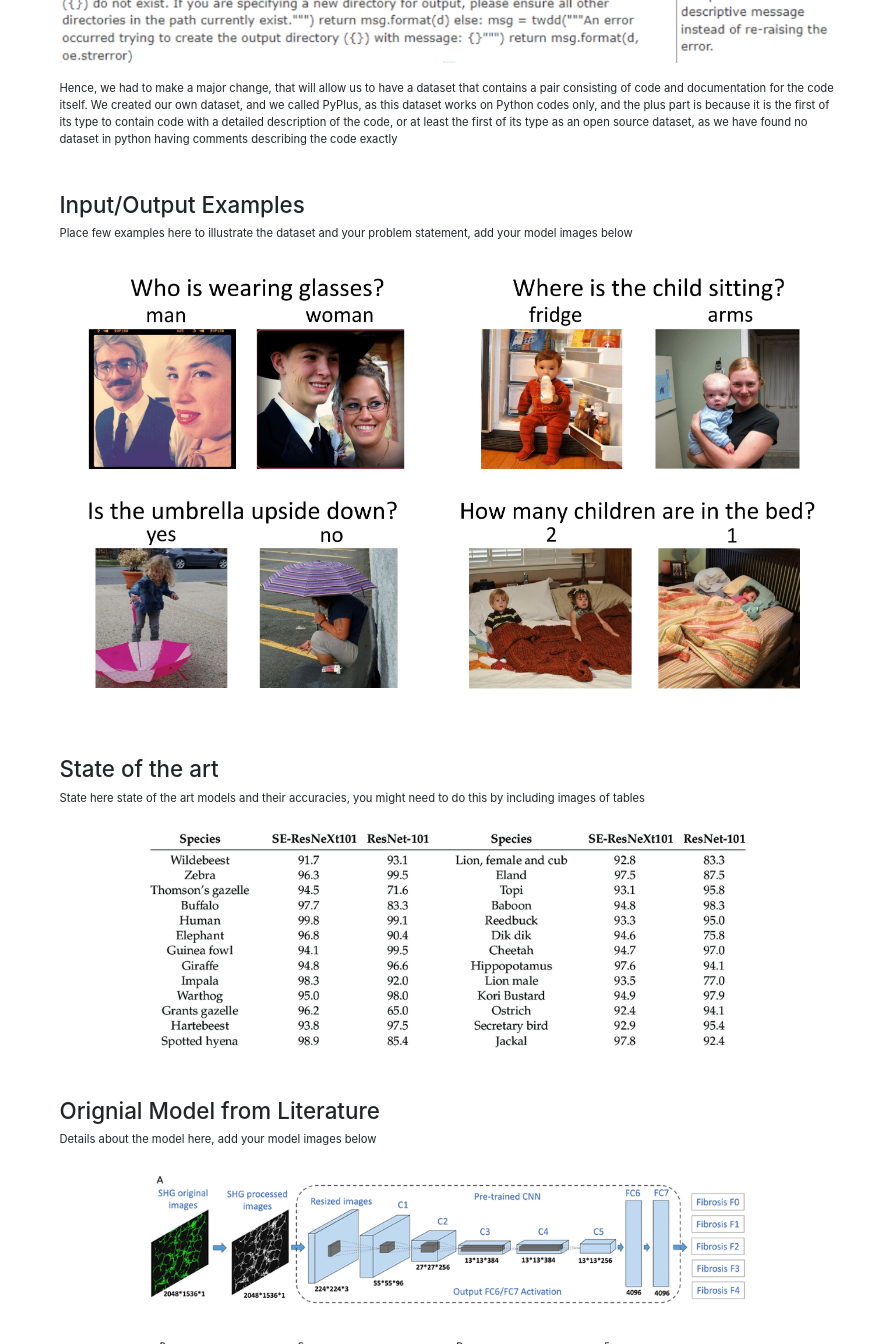
Repository: Shaalan-omar/ConcodePlus
Page: team-specific/index.html
An editor plug-in stored every save of this project. The page is shown before and after the next save, followed by the edit.
The browser window is 1280 px wide. The pictures show the part of the page from y = 1060 to 2980 px (the page is 6125 px tall before and 6613 px after), at 70% of full size.

Above is the page before, as saved 2023-05-11 21:49:51.

### team-specific/index.html
<!DOCTYPE html>
<html lang="en">

<head>

  <meta charset="utf-8">
  <meta name="viewport" content="width=device-width, initial-scale=1, shrink-to-fit=no">
  <meta name="description" content="">
  <meta name="author" content="">

  <title>Code Generation / Documentation model based on CodeT5</title>

  <!-- Bootstrap core CSS -->
  <link href="../vendor/bootstrap/css/bootstrap.min.css" rel="stylesheet">

</head>

<body>

  <!-- Navigation -->
  <nav class="navbar navbar-expand-lg navbar-dark bg-dark static-top">
    <div class="container">
      <a class="navbar-brand" href="../home.html">Practical Machine Deep Learning</a>
      <button class="navbar-toggler" type="button" data-toggle="collapse" data-target="#navbarResponsive" aria-controls="navbarResponsive" aria-expanded="false" aria-label="Toggle navigation">
        <span class="navbar-toggler-icon"></span>
      </button>
      <div class="collapse navbar-collapse" id="navbarResponsive">
        <ul class="navbar-nav ml-auto">
          <li class="nav-item active">
            <a class="nav-link" href="../home.html">Home
              <span class="sr-only">(current)</span>
            </a>
          </li>
          <li class="nav-item">
            <a class="nav-link" href="../about.html">About</a>
          </li>
          <li class="nav-item">
            <a class="nav-link" href="../contact.html">Contact</a>
          </li>
        </ul>
      </div>
    </div>
  </nav>

  <!-- Page Content -->
  <div class="container">
    <div class="row">
      <div class="col-lg-12 text-center">
        <h1 class="mt-5">Code Generation / Documentation model based on CodeT5</h1>
        <ul class="list-unstyled">
          <li>Omar Shaalan 900193887</li>
          <li>Kyrollos Zakarya 900203309</li>
        </ul>
      </div>
    </div>


    <div class="row">
      <div class="col-lg-12 text-left">
        <h2 class="mt-5"></h2>
		<p>
			Code generation is a very important in our current daily life. However, the documentation of the code is beyond important too,
      we need the code that is generated to have a documentation generated with it in order to be able to generate a code that is understandable
      and increase the efficency (we increase the efficency of the code by providing documentation for the code so it will be easy to reuse/extract needed parts of the code)
		</p>
      </div>
    </div>

    <div class="row">
      <div class="col-lg-12 text-left">
        <h2 class="mt-5">Dataset</h2>

        <p>
			Our initial plan was to work with the Cocode's task dataset, which is concode (the code generation task), this was intentionally our intution
      as our task, ConcodePlus(the code generation with documentation), was going to generate the code that concode generated but with comments. However,
      in concode's dataset we only had the code and the Natural Language describing the code, but no comments for the code itself, this of course limited our ways
      to train the model on genreating a documented code, as we had no clear dataset that had code, comments for that code, all we had was datasets having code and
      a natural language describing the code, as illustrated in the visualization of the Concode's dataset below.
    </p>
    <br/> <!-- Empty Line before the image -->
    <div class="img-container" align="center"> <!-- Block parent element -->
        <img src="resources/images/dataset.png" class="img-fluid text-center">
    </div>
    <br/> <!-- Empty Line after the image -->
<p>
  Hence, we had to make a major change, that will allow us to have a dataset that contains a pair consisting of code and documentation for the code itself.
      We created our own dataset, and we called PyPlus, as this dataset works on Python codes only, and the plus part is because it is the first of its type to contain code with a detailed description of the code, or at least the first
      of its type as an open source dataset, as we have found no dataset in python having comments describing the code exactly
</p>

      </div>
    </div>

    <div class="row">
      <div class="col-lg-12 text-left">
        <h2 class="mt-5">Input/Output Examples</h2>

        <p>
			Place few examples here to illustrate the dataset and your problem statement, add your model images below
		</p>

		<br/> <!-- Empty Line before the image -->
	    <div class="img-container" align="center"> <!-- Block parent element -->
      		<img src="resources/images/examples.jpg" class="img-fluid text-center">
    	</div>
    	<br/> <!-- Empty Line after the image -->
      </div>
    </div>


    <div class="row">
      <div class="col-lg-12 text-left">
        <h2 class="mt-5">State of the art</h2>

        <p>
			State here state of the art models and their accuracies, you might need to do this by including images of tables
		</p>

		<br/> <!-- Empty Line before the image -->
	    <div class="img-container" align="center"> <!-- Block parent element -->
      		<img src="resources/images/state-of-the-art-results.png" class="img-fluid text-center">
    	</div>
    	<br/> <!-- Empty Line after the image -->
      </div>
    </div>

    <div class="row">
      <div class="col-lg-12 text-left">
        <h2 class="mt-5">Orignial Model from Literature</h2>

        <p>
			Details about the model here, add your model images below
		</p>

		<br/> <!-- Empty Line before the image -->
	    <div class="img-container" align="center"> <!-- Block parent element -->
      		<img src="resources/images/model.png" class="img-fluid text-center">
    	</div>
    	<br/> <!-- Empty Line after the image -->
      </div>
    </div>

    <div class="row">
      <div class="col-lg-12 text-left">
        <h2 class="mt-5">Proposed Updates</h2>

        <p>
			Add all the model updates you made here, need as many images as you wish
		</p>

		<h5 class="mt-5">Update #1: Used new bla bla</h5>
		<p>
			details here
		</p>
		<br/> <!-- Empty Line before the image -->
	    <div class="img-container" align="center"> <!-- Block parent element -->
      		<img src="resources/images/update1.jpeg" class="img-fluid text-center">
    	</div>
    	<br/> <!-- Empty Line after the image -->

		<h5 class="mt-5">Update #2: Used new whatever</h5>
		<p>
			details here
		</p>
		<br/> <!-- Empty Line before the image -->
	    <div class="img-container" align="center"> <!-- Block parent element -->
      		<img src="resources/images/update2.png" class="img-fluid text-center">
    	</div>
    	<br/> <!-- Empty Line after the image -->
      </div>
    </div>


    <div class="row">
      <div class="col-lg-12 text-left">
        <h2 class="mt-5">Results</h2>

        <p>
			Add your results here, add graphs and images to illustrate it.
			Compare your results to the original model and state of the art
		</p>

		<br/> <!-- Empty Line before the image -->
	    <div class="img-container" align="center"> <!-- Block parent element -->
      		<img src="resources/images/results.png" class="img-fluid text-center">
    	</div>
    	<br/> <!-- Empty Line after the image -->
      </div>
    </div>


    <div class="row">
      <div class="col-lg-12 text-left">
        <h2 class="mt-5">Technical report</h2>

        <p>
			Here you will detail the details related to training, for example:
		</p>

	 	<ul>
		  <li>Programming framework</li>
		  <li>Training hardware i.e. colab or azure or anything else</li>
		  <li>Training time</li>
		  <li>Number of epochs</li>
		  <li>Time per epoch</li>
		  <li>Any other important detail or difficulties</li>
		</ul>
      </div>
    </div>

	<div class="row">
	  <div class="col-lg-12 text-left">
	    <h2 class="mt-5">Conclusion</h2>

	    <p>
			Conclusion and future work (including lessons learned and interesting findings
		</p>

	  </div>
	</div>

	<div class="row">
	  <div class="col-lg-12 text-left">
	    <h2 class="mt-5">References</h2>

	    <p>
	    	List all references here, the following are only examples
	    </p>

		<ol>
		  <li><a href="http://www.google.com">Problem statement url</a></li>
		  <li><a href="http://www.google.com">Dataset URL</a></li>
		  <li><a href="http://www.google.com">Model Reference URL</a></li>
		</ol>
	  </div>
	</div>

  </div>



  <!-- Bootstrap core JavaScript -->
  <script src="../vendor/jquery/jquery.slim.min.js"></script>
  <script src="../vendor/bootstrap/js/bootstrap.bundle.min.js"></script>

</body>

</html>

Loaded but not shown: vendor/bootstrap/css/bootstrap.min.css (library); vendor/jquery/jquery.slim.min.js (library); vendor/bootstrap/js/bootstrap.bundle.min.js (library)

After the next save:
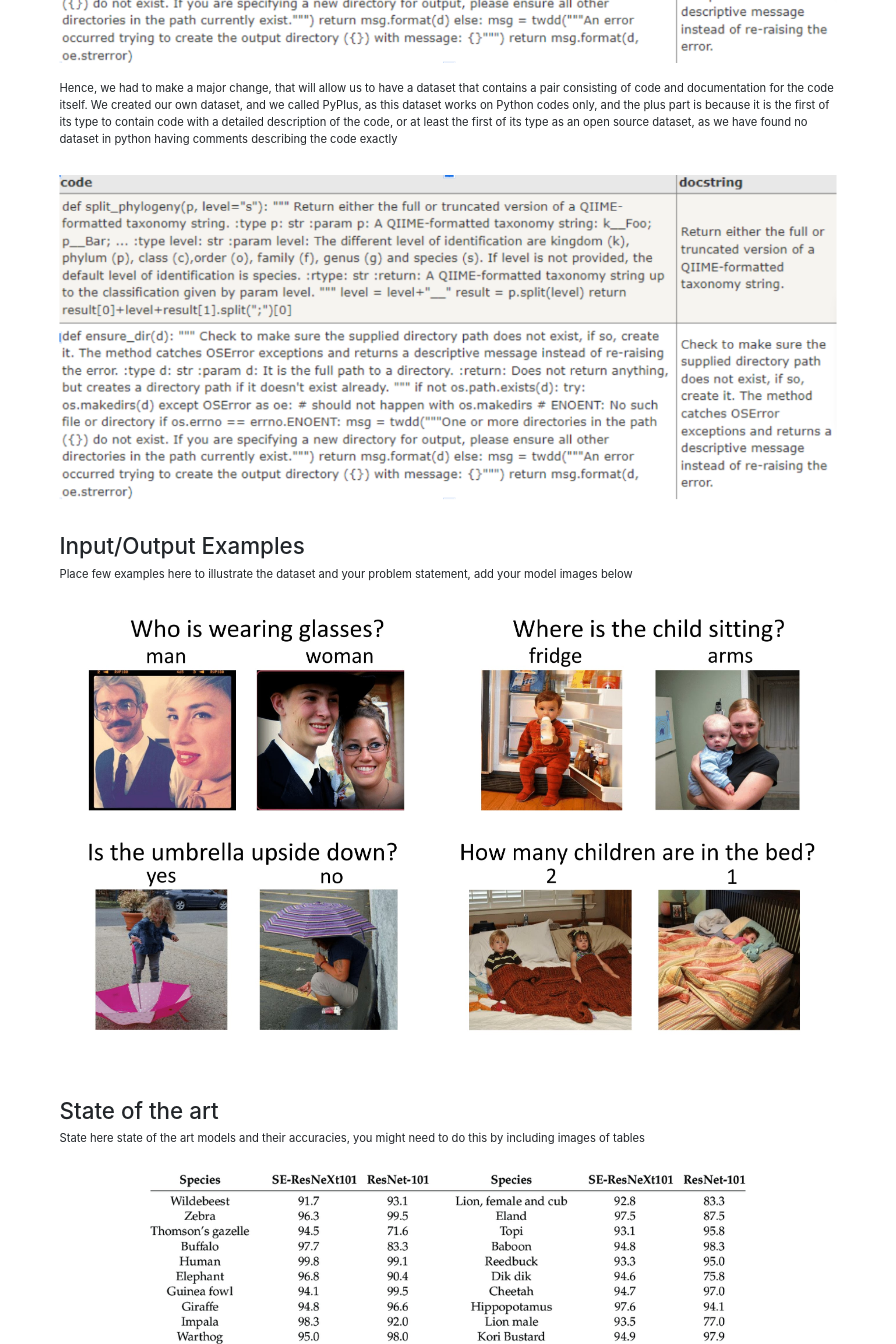
Saved 2 h 49 min later.
--- a/team-specific/index.html
+++ b/team-specific/index.html
@@ -87,6 +87,10 @@
       We created our own dataset, and we called PyPlus, as this dataset works on Python codes only, and the plus part is because it is the first of its type to contain code with a detailed description of the code, or at least the first
       of its type as an open source dataset, as we have found no dataset in python having comments describing the code exactly
 </p>
+<br/> <!-- Empty Line before the image -->
+<div class="img-container" align="center"> <!-- Block parent element -->
+    <img src="resources/images/dataset.png" class="img-fluid text-center">
+</div>
 
       </div>
     </div>
